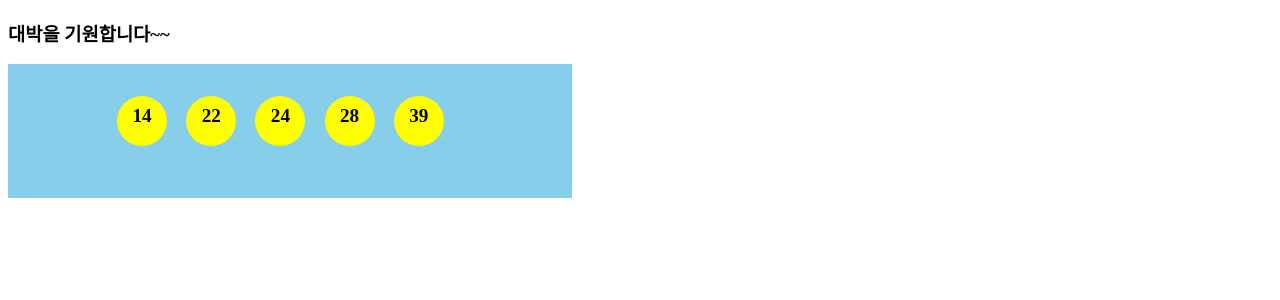
Repository: pvntlc/D-IT-Tech-Internship
Page: work_java/HTMLProject/src/main/webapp/DAY3/04.객체/lotto3.html
An editor plug-in stored every save of this project. The page is shown before and after the next save, followed by the edit.
The browser window is 1280 px wide. The pictures show the whole page.

Above is the page before, as saved 2023-09-08 07:09:09.

### work_java/HTMLProject/src/main/webapp/DAY3/04.객체/lotto3.html
<!DOCTYPE html>
<html>
<head>
<meta charset="utf-8">
<title>Lotto</title>

<style type="text/css">
	div{
		background: skyblue;
 		width : 500px;
 		height : 70px;
 		padding : 2em;
 		text-align: center;
	}

	.number{
		display: inline-block;
		width: 50px;
		height: 50px;
		border-radius : 100%;
		color : black;
		background: yellow;
		margin-right: 1em;
		text-align: center;
		line-height:40px;
		font-size: 120%;
		font-weight: bold;
	}
</style>
<script type="text/javascript">
	var numbers;
	var count = 0;
	var intervalId;

	function startGame(){
		selectNumber();
		intervalId = setInterval(displayNumber,1000);
	}

	function selectNumber(){
		numbers = new Array(6);
		var flags = new Array(46);
		for(var i=1; i<flags.length; ++i){
			flags[i] = false;
		}

		for(var i=0; i<numbers.length; ++i){
			var number;
			do{
				number = Math.floor(Math.random() * 45) + 1;
			}while(flags[number]==true);

			numbers[i] = number;
			flags[number] = true;
		}

		numbers.sort(function(left,right){
			return left-right;
		});
	}

	function displayNumber(){
		result.innerHTML += "<span class='number'>"	+numbers[count++]+"</span>";
		if(count == 6){
			clearInterval(intervalId);
		}
	}

	window.onload = startGame;
</script>

</head>
<body>
	<h3>대박을 기원합니다~~</h3>
	<div id="result">     </div>
</body>
</html>

After the next save:
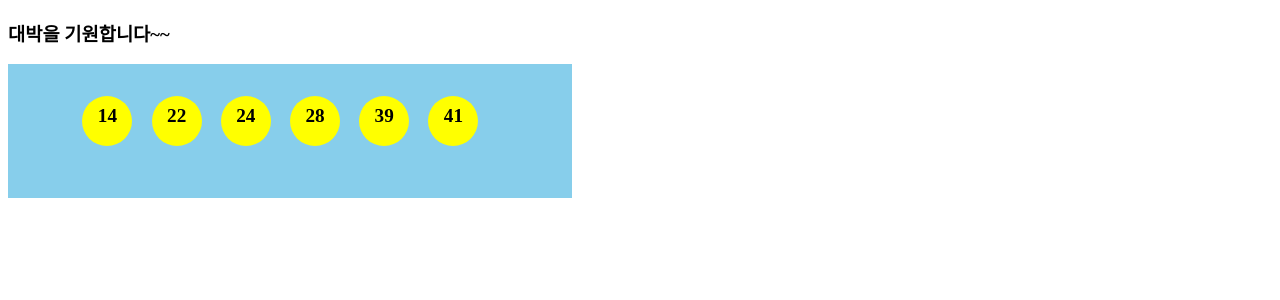
Saved 11 min 57 s later.
--- a/work_java/HTMLProject/src/main/webapp/DAY3/04.객체/lotto3.html
+++ b/work_java/HTMLProject/src/main/webapp/DAY3/04.객체/lotto3.html
@@ -34,7 +34,7 @@
 
 	function startGame(){
 		selectNumber();
-		intervalId = setInterval(displayNumber,1000);
+		intervalId = setInterval(displayNumber,100);
 	}
 
 	function selectNumber(){

After the save that followed:
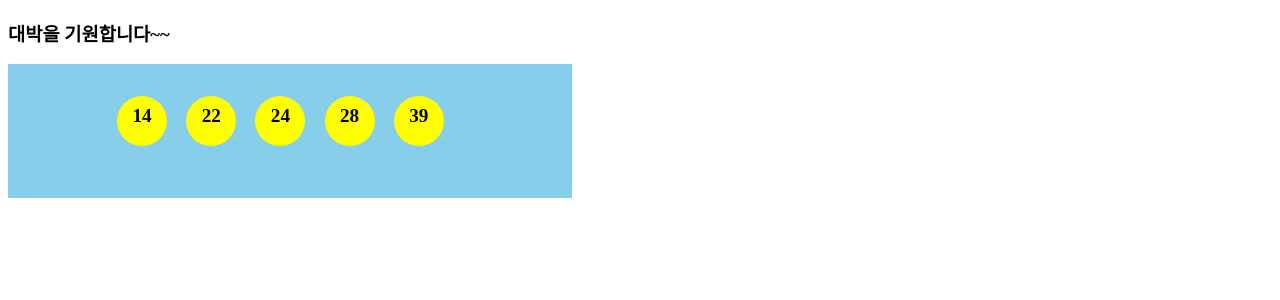
Saved 5 s later.
--- a/work_java/HTMLProject/src/main/webapp/DAY3/04.객체/lotto3.html
+++ b/work_java/HTMLProject/src/main/webapp/DAY3/04.객체/lotto3.html
@@ -34,7 +34,7 @@
 
 	function startGame(){
 		selectNumber();
-		intervalId = setInterval(displayNumber,100);
+		intervalId = setInterval(displayNumber,1000);
 	}
 
 	function selectNumber(){
